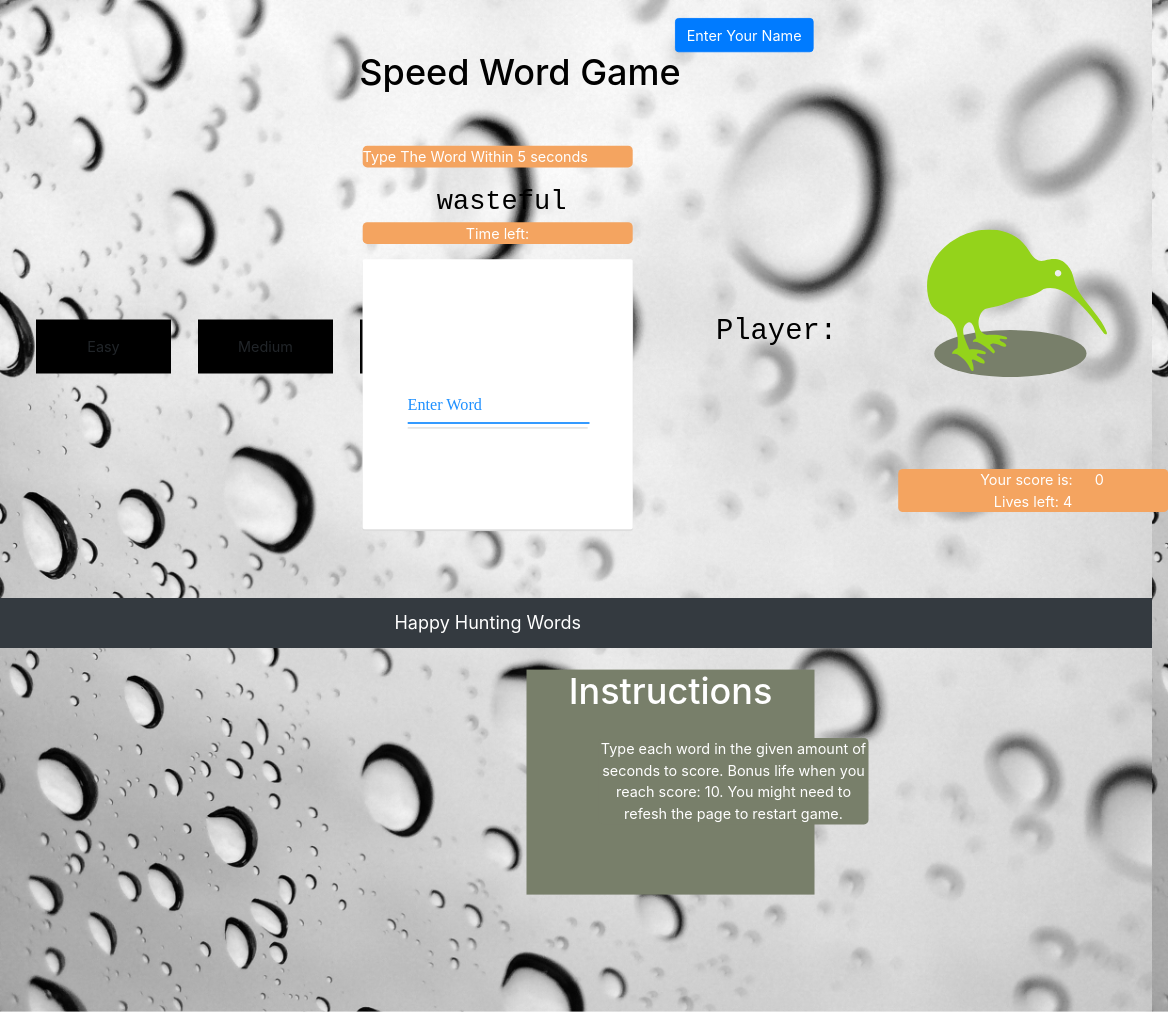
Repository: konstantin0s/word-game-project
Page: modal.html
These files come from the project's save history. The page is drawn as it stood at one moment and after the next save; the edit follows.
The browser window is 1280 px wide. The page is 1298 px wide, so the pictures cover 1298 px, including what lies to the right of the window. The pictures show the whole page, at 90% of full size.
Backgrounds fixed to the window are drawn as part of the page. Some web libraries are served in a nearby version.

Above is the page before, as saved 2019-02-13 16:17:45.
Console error: ReferenceError: cancelLevel1 is not defined

After the next save:
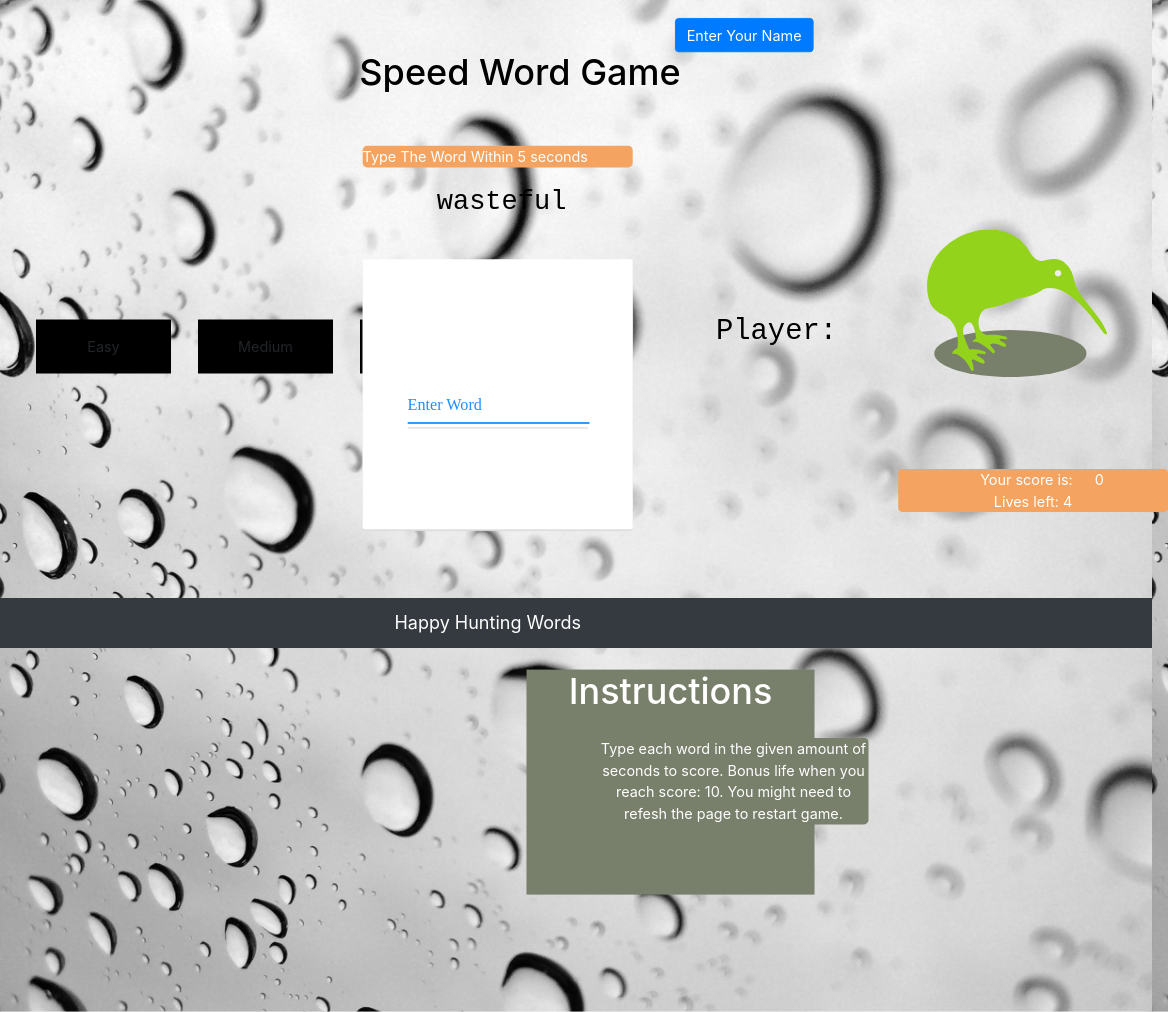
Saved 9 s later.
--- a/css/style.css
+++ b/css/style.css
@@ -12,7 +12,7 @@ body {
 
 }
 
-.container p {
+.container .type {
    position: relative;
    top: 20px;
 }
